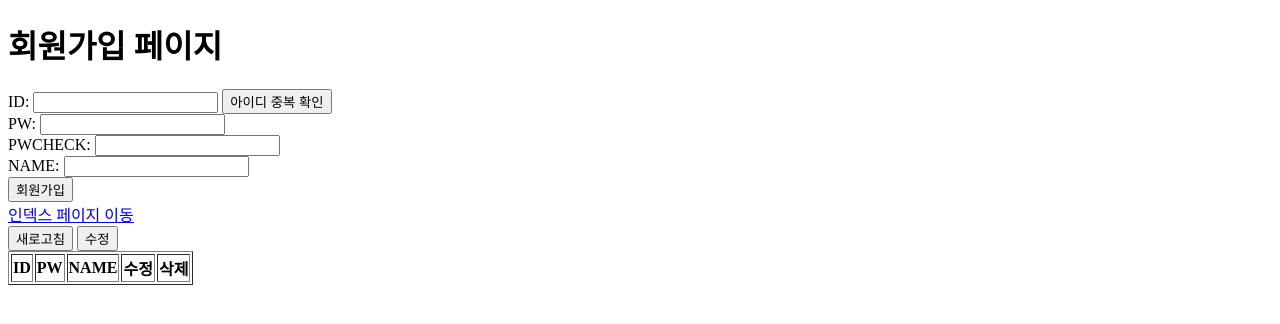
Repository: smallomg/bg-spring
Page: http://localhost/demo4-1/WEB-INF/views/signup.jsp
An editor plug-in stored every save of this project. The page is shown before and after the next save, followed by the edit.
The browser window is 1280 px wide. The pictures show the whole page.
The page is served by Tomcat 9. Nobody is signed in. Other server files are loaded and not shown. The template is opened directly, without the code that normally fills it, so the values that code supplies are empty.

Above is the page before, as saved 2025-05-08 03:11:55.

### ldy_spring/demo4-1/src/main/webapp/WEB-INF/views/signup.jsp
<%@ page language="java" contentType="text/html; charset=UTF-8"
	pageEncoding="UTF-8"%>
<!DOCTYPE html>
<html>
<head>
<meta charset="UTF-8">
<title>회원가입 페이지</title>
</head>
<body>
	<h1>회원가입 페이지</h1>
	<form action="SignUp" method="post" onsubmit="return validateForm()">
		ID: <input type="text" id="id" name="id">
		<button type="button" onclick="idcheck()">아이디 중복 확인</button>
		<br> PW: <input type="password" id="pw" name="pw"><br>
		PWCHECK: <input type="password" id="pwcheck" name="pwcheck"
			onblur="pwCheck()"><br> NAME: <input type="text"
			id="name" name="name"><br> <input type="submit"
			value="회원가입">
	</form>
	<div id="demo1"></div>
	<div id="demo2"></div>
	<a href="/">인덱스 페이지 이동</a>
	<br>

	<button type="button" onclick="selectAll()">새로고침</button>
	<button type="button" onclick="update()">수정</button>
	<br>
	<table border="1">
		<thead>
			<tr>
				<th>ID</th>
				<th>PW</th>
				<th>NAME</th>
				<th>수정</th>
				<th>삭제</th>
			</tr>
		</thead>
		<tbody id="tbody">

		</tbody>
	</table>
	<script>
		function selectAll() {
			const xhr = new XMLHttpRequest();
			xhr.onload = function() {
				const list = JSON.parse(xhr.responseText);
				let html = "";
				for (let i = 0; i < list.length; i++) {
					html += "<tr>"+
					"<td>" + list[i].id + "</td>" +
					"<td>"+ list[i].pw + "</td>" +
					"<td>" + list[i].name + "</td>"+
					"<td><button type='button' onclick='updateUser(\"" + list[i].id + "\")'>수정</button></td>" +
					"<td><button type='button' onclick='deleteUser(\"" + list[i].id + "\")'>삭제</button></td>" +
					"</tr>";

				}
				document.getElementById('tbody').innerHTML = html;
			}

			xhr.open('GET', '/selectAll');
			xhr.send();
		}
	</script>

	<script>
		let idValid = false;
		function idcheck() {
			const id = document.getElementById('id').value;
			if (!id) {
				alert('아이디를 입력하세요.');
				return;
			}
			const xhr = new XMLHttpRequest();
			xhr.onload = function() {
				if (xhr.responseText === "1") {
					document.getElementById('demo1').innerHTML = "사용중인 아이디 입니다";
					idValid = false;
				} else {
					document.getElementById('demo1').innerHTML = "사용가능한 아이디";
					idValid = true;
				}

			}
			xhr.open('GET', '/idcheck?id=' + id);
			xhr.send();
		}

		let pwValid = false;
		function pwCheck() {
			const pw = document.getElementById('pw').value;
			const pwcheck = document.getElementById('pwcheck').value;

			const xhr = new XMLHttpRequest();
			xhr.onload = function() {
				if (xhr.responseText == "1") {
					document.getElementById('demo2').innerHTML = "비밀번호가 다릅니다";
					pwValid = false;
				} else {
					document.getElementById('demo2').innerHTML = "비밀번호가 같습니다";
					pwValid = true;
				}

			}
			xhr.open('GET', '/pwCheck?pw=?' + pw + '&pwcheck=?' + pwcheck);
			xhr.send();
		}

		function validateForm() {
			if (!idValid) {
				alert('아이디 중복 확인을 해주세요.');
				return false;
			}
			if (!pwValid) {
				alert('비밀번호가 일치하지 않습니다.');
				return false;
			}
			return true;
		}
	</script>
</body>
</html>

After the next save:
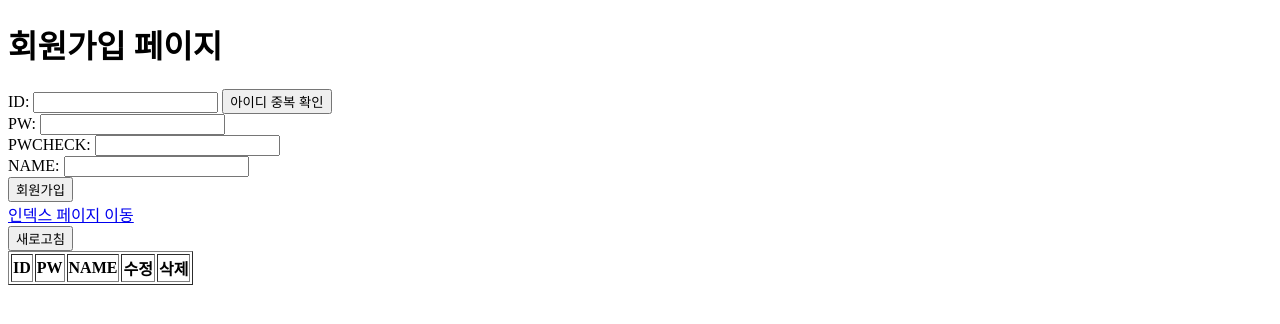
Saved 20 s later.
--- a/ldy_spring/demo4-1/src/main/webapp/WEB-INF/views/signup.jsp
+++ b/ldy_spring/demo4-1/src/main/webapp/WEB-INF/views/signup.jsp
@@ -23,7 +23,6 @@
 	<br>
 
 	<button type="button" onclick="selectAll()">새로고침</button>
-	<button type="button" onclick="update()">수정</button>
 	<br>
 	<table border="1">
 		<thead>
